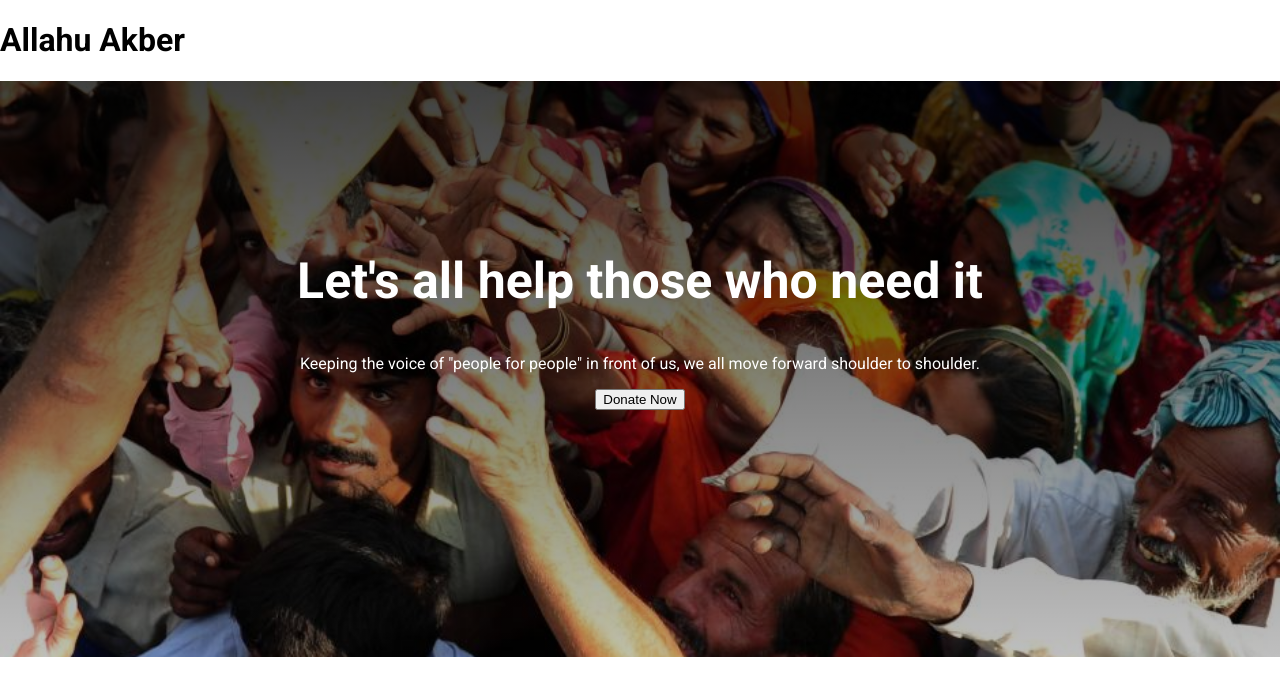
Repository: zjria/suppert-the-helpness
Page: index.html
An editor plug-in stored every save of this project. The page is shown before and after the next save, followed by the edit.
The browser window is 1280 px wide. The pictures show the whole page.

Above is the page before, as saved 2022-08-24 21:55:43.

After the next save:
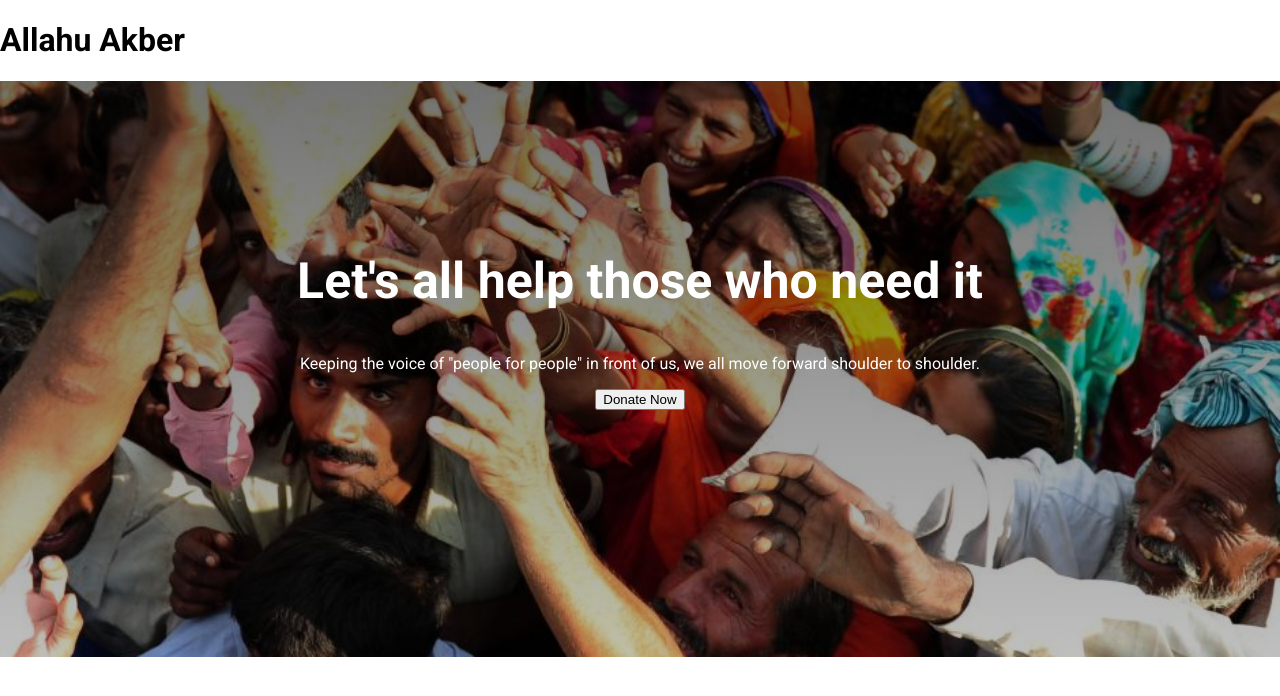
Saved 19 s later.
--- a/style.css
+++ b/style.css
@@ -5,7 +5,7 @@
 }
 
 .header_section {
-    background-image: linear-gradient(rgb(0, 0, 0, 0.75), rgb(0, 0, 0, 0.25)), url(images/header.jpg);
+    background-image: linear-gradient(rgb(0, 0, 0, 0.55), rgb(0, 0, 0, 0.25)), url(images/header.jpg);
     background-position: center;
     background-size: cover;
     width: 100%;
